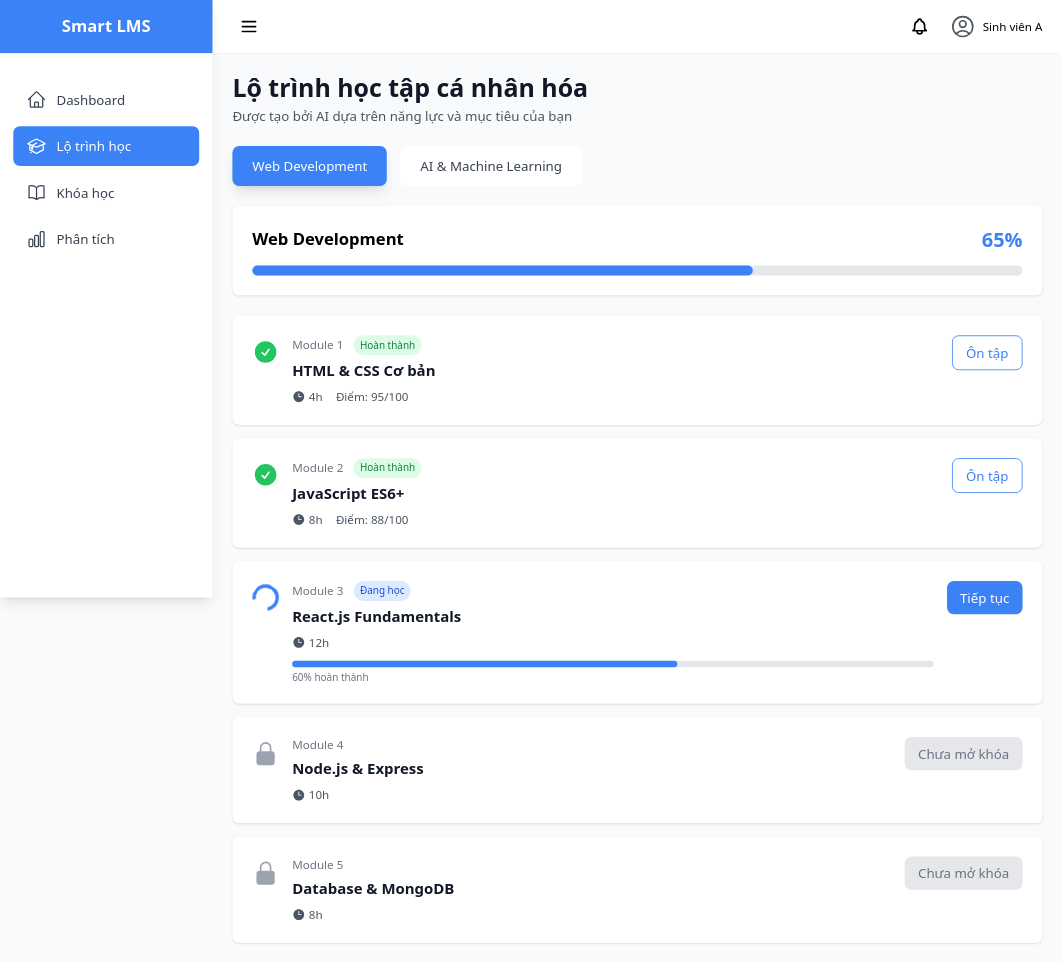
Repository: ntpa812/HTKDTM_Nhom1Ca2
Page: /learning-path (app in smart-lms-frontend/)
An editor plug-in stored every save of this project. The page is shown before and after the next save, followed by the edit.
The browser window is 1280 px wide. The pictures show the whole page, at 83% of full size.
The project was rebuilt for these pictures with package versions that can differ from the ones it lists, and the page was loaded fresh each time. Also part of the build but not shown: smart-lms-frontend/src/pages/Dashboard.jsx, smart-lms-frontend/src/pages/Courses.jsx, smart-lms-frontend/src/pages/Analytics.jsx.

Above is the page before, as saved 2025-10-26 03:32:08.

### smart-lms-frontend/src/App.js
import React from 'react';
import { BrowserRouter, Routes, Route } from 'react-router-dom';
import Layout from './components/layout/Layout';
import Dashboard from './pages/Dashboard';
import LearningPath from './pages/LearningPath';
import Courses from './pages/Courses';
import Analytics from './pages/Analytics';

function App() {
  return (
    <BrowserRouter>
      <Routes>
        <Route path="/" element={<Layout />}>
          <Route index element={<Dashboard />} />
          <Route path="learning-path" element={<LearningPath />} />
          <Route path="courses" element={<Courses />} />
          <Route path="analytics" element={<Analytics />} />
        </Route>
      </Routes>
    </BrowserRouter>
  );
}

export default App;

### smart-lms-frontend/src/components/layout/Layout.jsx
import React, { useState } from 'react';
import { Link, Outlet, useLocation } from 'react-router-dom';
import {
    HomeIcon,
    AcademicCapIcon,
    ChartBarIcon,
    BookOpenIcon,
    UserCircleIcon
} from '@heroicons/react/24/outline';

const Layout = () => {
    const [sidebarOpen, setSidebarOpen] = useState(true);
    const location = useLocation();

    const navigation = [
        { name: 'Dashboard', href: '/', icon: HomeIcon },
        { name: 'Lộ trình học', href: '/learning-path', icon: AcademicCapIcon },
        { name: 'Khóa học', href: '/courses', icon: BookOpenIcon },
        { name: 'Phân tích', href: '/analytics', icon: ChartBarIcon },
    ];

    return (
        <div className="min-h-screen bg-gray-50">
            {/* Sidebar */}
            <div className={`fixed inset-y-0 left-0 z-50 w-64 bg-white shadow-lg transform transition-transform duration-300 ${sidebarOpen ? 'translate-x-0' : '-translate-x-full'}`}>
                <div className="flex items-center justify-center h-16 bg-primary text-white font-bold text-xl">
                    Smart LMS
                </div>
                <nav className="mt-8 px-4 space-y-2">
                    {navigation.map((item) => {
                        const isActive = location.pathname === item.href;
                        return (
                            <Link
                                key={item.name}
                                to={item.href}
                                className={`flex items-center px-4 py-3 rounded-lg transition-colors ${isActive
                                    ? 'bg-primary text-white'
                                    : 'text-gray-700 hover:bg-gray-100'
                                    }`}
                            >
                                <item.icon className="h-6 w-6 mr-3" />
                                {item.name}
                            </Link>
                        );
                    })}
                </nav>
            </div>

            {/* Main Content */}
            <div className={`transition-all duration-300 ${sidebarOpen ? 'ml-64' : 'ml-0'}`}>
                {/* Header */}
                <header className="bg-white shadow-sm h-16 flex items-center justify-between px-6">
                    <button
                        onClick={() => setSidebarOpen(!sidebarOpen)}
                        className="p-2 rounded-md hover:bg-gray-100"
                    >
                        <svg className="h-6 w-6" fill="none" viewBox="0 0 24 24" stroke="currentColor">
                            <path strokeLinecap="round" strokeLinejoin="round" strokeWidth={2} d="M4 6h16M4 12h16M4 18h16" />
                        </svg>
                    </button>

                    <div className="flex items-center space-x-4">
                        <button className="p-2 rounded-full hover:bg-gray-100">
                            <svg className="h-6 w-6" fill="none" viewBox="0 0 24 24" stroke="currentColor">
                                <path strokeLinecap="round" strokeLinejoin="round" strokeWidth={2} d="M15 17h5l-1.405-1.405A2.032 2.032 0 0118 14.158V11a6.002 6.002 0 00-4-5.659V5a2 2 0 10-4 0v.341C7.67 6.165 6 8.388 6 11v3.159c0 .538-.214 1.055-.595 1.436L4 17h5m6 0v1a3 3 0 11-6 0v-1m6 0H9" />
                            </svg>
                        </button>
                        <div className="flex items-center space-x-2">
                            <UserCircleIcon className="h-8 w-8 text-gray-600" />
                            <span className="text-sm font-medium">Sinh viên A</span>
                        </div>
                    </div>
                </header>

                {/* Page Content */}
                <main className="p-6">
                    <Outlet />
                </main>
            </div>
        </div>
    );
};

export default Layout;

### smart-lms-frontend/src/pages/LearningPath.jsx
import React, { useState } from 'react';
import { CheckCircleIcon, ClockIcon, LockClosedIcon } from '@heroicons/react/24/solid';

const LearningPath = () => {
    const [selectedPath, setSelectedPath] = useState('web-dev');

    const learningPaths = {
        'web-dev': {
            name: 'Web Development',
            progress: 65,
            modules: [
                { id: 1, title: 'HTML & CSS Cơ bản', status: 'completed', duration: '4h', score: 95 },
                { id: 2, title: 'JavaScript ES6+', status: 'completed', duration: '8h', score: 88 },
                { id: 3, title: 'React.js Fundamentals', status: 'in-progress', duration: '12h', progress: 60 },
                { id: 4, title: 'Node.js & Express', status: 'locked', duration: '10h' },
                { id: 5, title: 'Database & MongoDB', status: 'locked', duration: '8h' },
            ]
        },
        'ai-ml': {
            name: 'AI & Machine Learning',
            progress: 40,
            modules: [
                { id: 1, title: 'Python for Data Science', status: 'completed', duration: '6h', score: 92 },
                { id: 2, title: 'Machine Learning Basics', status: 'in-progress', duration: '15h', progress: 45 },
                { id: 3, title: 'Deep Learning với TensorFlow', status: 'locked', duration: '20h' },
                { id: 4, title: 'Natural Language Processing', status: 'locked', duration: '18h' },
            ]
        }
    };

    const currentPath = learningPaths[selectedPath];

    return (
        <div className="space-y-6">
            {/* Header */}
            <div>
                <h1 className="text-3xl font-bold text-gray-900">Lộ trình học tập cá nhân hóa</h1>
                <p className="text-gray-600 mt-1">Được tạo bởi AI dựa trên năng lực và mục tiêu của bạn</p>
            </div>

            {/* Path Selector */}
            <div className="flex space-x-4">
                <button
                    onClick={() => setSelectedPath('web-dev')}
                    className={`px-6 py-3 rounded-lg font-medium transition ${selectedPath === 'web-dev'
                        ? 'bg-primary text-white shadow-lg'
                        : 'bg-white text-gray-700 hover:bg-gray-50'
                        }`}
                >
                    Web Development
                </button>
                <button
                    onClick={() => setSelectedPath('ai-ml')}
                    className={`px-6 py-3 rounded-lg font-medium transition ${selectedPath === 'ai-ml'
                        ? 'bg-primary text-white shadow-lg'
                        : 'bg-white text-gray-700 hover:bg-gray-50'
                        }`}
                >
                    AI & Machine Learning
                </button>
            </div>

            {/* Progress Overview */}
            <div className="bg-white p-6 rounded-lg shadow">
                <div className="flex items-center justify-between mb-4">
                    <h2 className="text-xl font-semibold">{currentPath.name}</h2>
                    <span className="text-2xl font-bold text-primary">{currentPath.progress}%</span>
                </div>
                <div className="w-full bg-gray-200 rounded-full h-3">
                    <div
                        className="bg-primary h-3 rounded-full transition-all duration-500"
                        style={{ width: `${currentPath.progress}%` }}
                    ></div>
                </div>
            </div>

            {/* Learning Modules */}
            <div className="space-y-4">
                {currentPath.modules.map((module, index) => (
                    <div key={module.id} className="bg-white rounded-lg shadow hover:shadow-md transition">
                        <div className="p-6">
                            <div className="flex items-start justify-between">
                                <div className="flex items-start space-x-4 flex-1">
                                    {/* Status Icon */}
                                    <div className="flex-shrink-0 mt-1">
                                        {module.status === 'completed' && (
                                            <CheckCircleIcon className="h-8 w-8 text-green-500" />
                                        )}
                                        {module.status === 'in-progress' && (
                                            <div className="h-8 w-8 border-4 border-primary border-t-transparent rounded-full animate-spin"></div>
                                        )}
                                        {module.status === 'locked' && (
                                            <LockClosedIcon className="h-8 w-8 text-gray-400" />
                                        )}
                                    </div>

                                    {/* Module Info */}
                                    <div className="flex-1">
                                        <div className="flex items-center space-x-3">
                                            <span className="text-sm font-medium text-gray-500">Module {index + 1}</span>
                                            {module.status === 'completed' && (
                                                <span className="px-2 py-1 text-xs font-medium text-green-700 bg-green-100 rounded-full">
                                                    Hoàn thành
                                                </span>
                                            )}
                                            {module.status === 'in-progress' && (
                                                <span className="px-2 py-1 text-xs font-medium text-blue-700 bg-blue-100 rounded-full">
                                                    Đang học
                                                </span>
                                            )}
                                        </div>
                                        <h3 className="text-lg font-semibold text-gray-900 mt-1">{module.title}</h3>

                                        <div className="flex items-center space-x-4 mt-2 text-sm text-gray-600">
                                            <div className="flex items-center">
                                                <ClockIcon className="h-4 w-4 mr-1" />
                                                {module.duration}
                                            </div>
                                            {module.score && (
                                                <div className="flex items-center">
                                                    <span className="font-medium">Điểm: {module.score}/100</span>
                                                </div>
                                            )}
                                        </div>

                                        {/* Progress bar for in-progress modules */}
                                        {module.status === 'in-progress' && (
                                            <div className="mt-3">
                                                <div className="w-full bg-gray-200 rounded-full h-2">
                                                    <div
                                                        className="bg-blue-500 h-2 rounded-full"
                                                        style={{ width: `${module.progress}%` }}
                                                    ></div>
                                                </div>
                                                <p className="text-xs text-gray-500 mt-1">{module.progress}% hoàn thành</p>
                                            </div>
                                        )}
                                    </div>
                                </div>

                                {/* Action Button */}
                                <div className="ml-4">
                                    {module.status === 'completed' && (
                                        <button className="px-4 py-2 text-primary border border-primary rounded-lg hover:bg-blue-50 transition">
                                            Ôn tập
                                        </button>
                                    )}
                                    {module.status === 'in-progress' && (
                                        <button className="px-4 py-2 bg-primary text-white rounded-lg hover:bg-blue-600 transition">
                                            Tiếp tục
                                        </button>
                                    )}
                                    {module.status === 'locked' && (
                                        <button disabled className="px-4 py-2 bg-gray-200 text-gray-500 rounded-lg cursor-not-allowed">
                                            Chưa mở khóa
                                        </button>
                                    )}
                                </div>
                            </div>
                        </div>
                    </div>
                ))}
            </div>


        </div>
    );
};

export default LearningPath;

### smart-lms-frontend/tailwind.config.js
module.exports = {
    content: [
        "./src/**/*.{js,jsx,ts,tsx}",
    ],
    theme: {
        extend: {
            colors: {
                primary: '#3B82F6',
                secondary: '#10B981',
            }
        },
    },
    plugins: [],
}

Loaded but not shown: smart-lms-frontend/public/index.html (common file); smart-lms-frontend/src/index.js (common file); smart-lms-frontend/src/index.css (common file); smart-lms-frontend/src/reportWebVitals.js (common file)

After the next save:
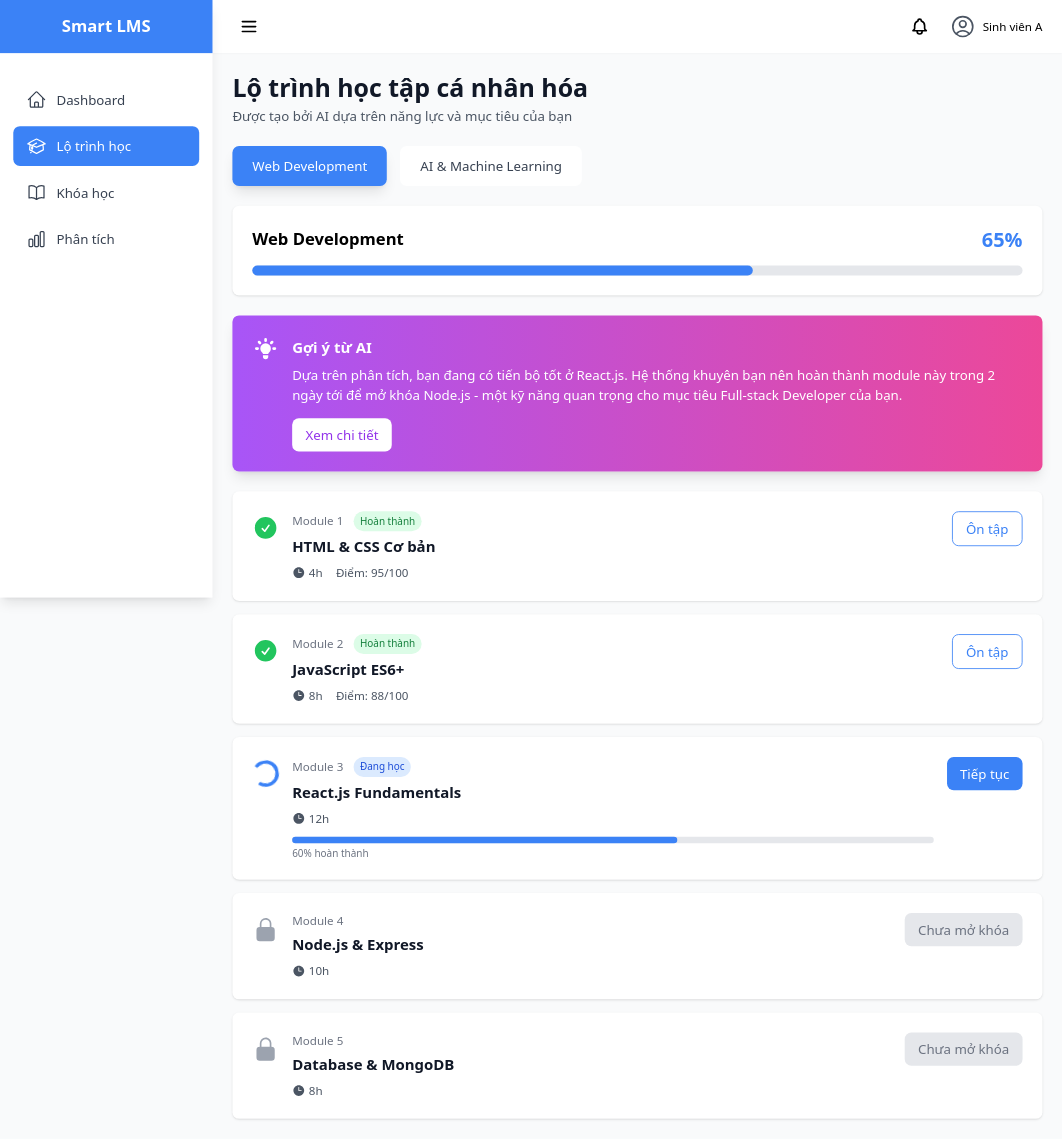
Saved 13 s later.
--- a/smart-lms-frontend/src/pages/LearningPath.jsx
+++ b/smart-lms-frontend/src/pages/LearningPath.jsx
@@ -71,6 +71,26 @@ const LearningPath = () => {
                         className="bg-primary h-3 rounded-full transition-all duration-500"
                         style={{ width: `${currentPath.progress}%` }}
                     ></div>
+                </div>
+            </div>
+
+            {/* AI Recommendation Box */}
+            <div className="bg-gradient-to-r from-purple-500 to-pink-500 p-6 rounded-lg shadow-lg text-white">
+                <div className="flex items-start space-x-4">
+                    <div className="flex-shrink-0">
+                        <svg className="h-8 w-8" fill="currentColor" viewBox="0 0 20 20">
+                            <path d="M11 3a1 1 0 10-2 0v1a1 1 0 102 0V3zM15.657 5.757a1 1 0 00-1.414-1.414l-.707.707a1 1 0 001.414 1.414l.707-.707zM18 10a1 1 0 01-1 1h-1a1 1 0 110-2h1a1 1 0 011 1zM5.05 6.464A1 1 0 106.464 5.05l-.707-.707a1 1 0 00-1.414 1.414l.707.707zM5 10a1 1 0 01-1 1H3a1 1 0 110-2h1a1 1 0 011 1zM8 16v-1h4v1a2 2 0 11-4 0zM12 14c.015-.34.208-.646.477-.859a4 4 0 10-4.954 0c.27.213.462.519.476.859h4.002z" />
+                        </svg>
+                    </div>
+                    <div>
+                        <h3 className="font-bold text-lg">Gợi ý từ AI</h3>
+                        <p className="mt-2">
+                            Dựa trên phân tích, bạn đang có tiến bộ tốt ở React.js. Hệ thống khuyên bạn nên hoàn thành module này trong 2 ngày tới để mở khóa Node.js - một kỹ năng quan trọng cho mục tiêu Full-stack Developer của bạn.
+                        </p>
+                        <button className="mt-4 px-4 py-2 bg-white text-purple-600 rounded-lg font-medium hover:bg-gray-100 transition">
+                            Xem chi tiết
+                        </button>
+                    </div>
                 </div>
             </div>
 
